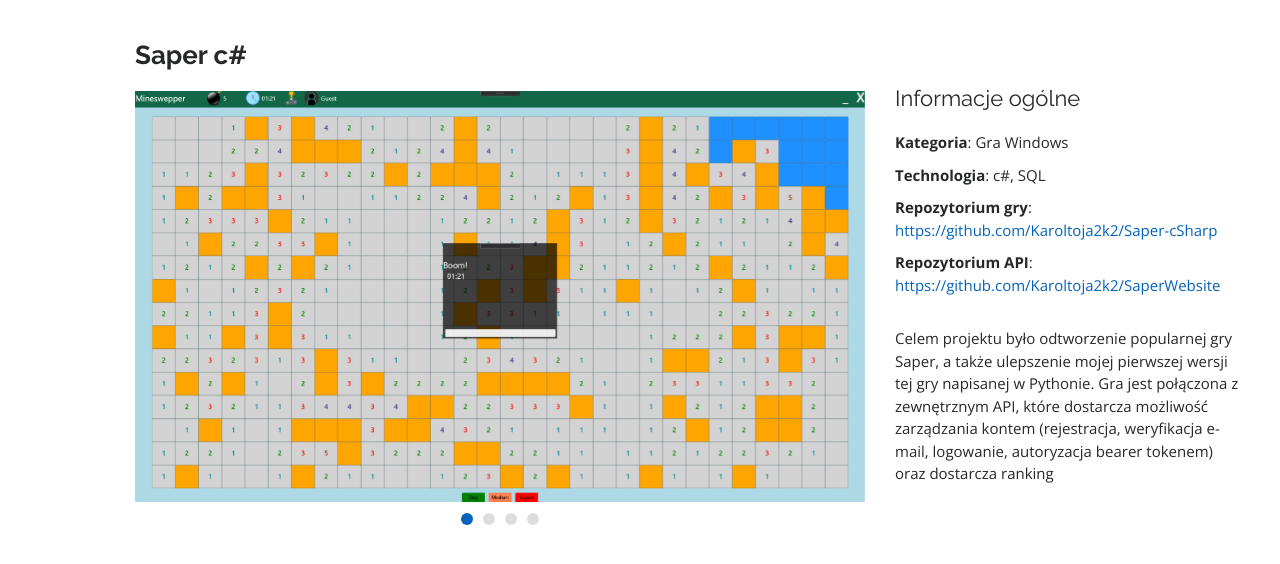
Repository: Karoltoja2k2/MyResume
Page: mineswepperC#-details.html
The author's editor kept a copy of each file at every save. The page is drawn from the files as they stood at one save, then again after a run of saves.
The browser window is 1280 px wide. The pictures show the whole page.
Pictures or frames that could not be fetched are drawn as grey boxes.

Above is the page before, as saved 2020-06-21 14:53:14.

After the next 2 saves:
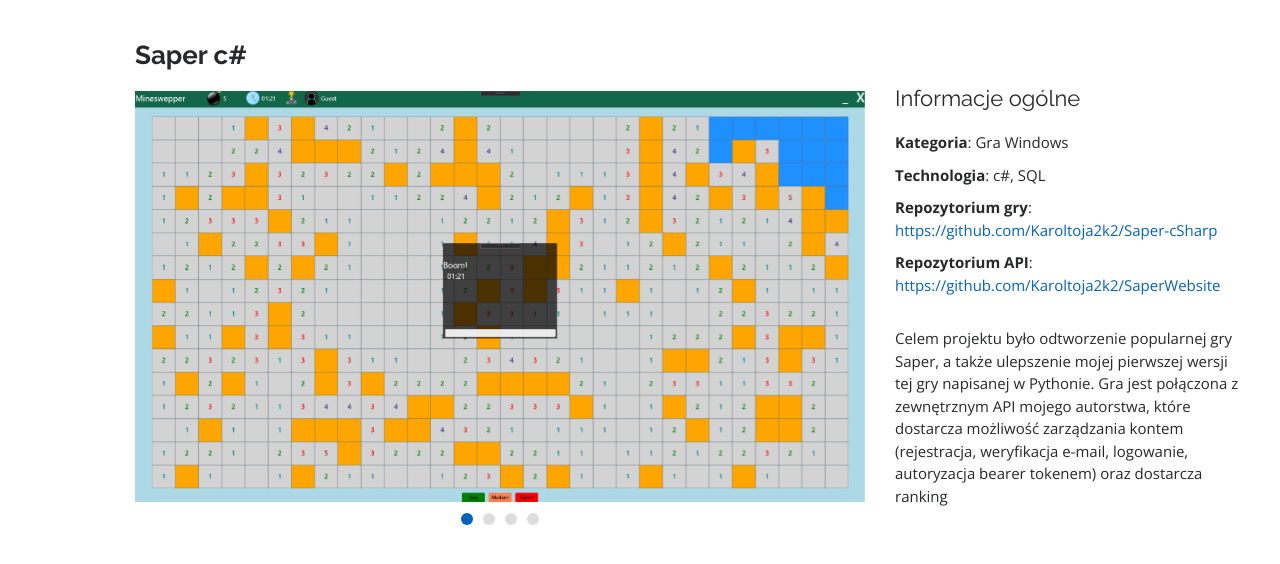
The 2 saves are shown as one change because they came seconds apart.
The last was saved 10 s later.
--- a/mineswepperC#-details.html
+++ b/mineswepperC#-details.html
@@ -68,7 +68,7 @@
 
             <p>
               Celem projektu było odtworzenie popularnej gry Saper, a także ulepszenie mojej pierwszej wersji tej gry napisanej w Pythonie.
-              Gra jest połączona z zewnętrznym API, które dostarcza możliwość zarządzania kontem (rejestracja, weryfikacja e-mail, logowanie,
+              Gra jest połączona z zewnętrznym API mojego autorstwa, które dostarcza możliwość zarządzania kontem (rejestracja, weryfikacja e-mail, logowanie,
               autoryzacja bearer tokenem) oraz dostarcza ranking
             </p>
           </div>
